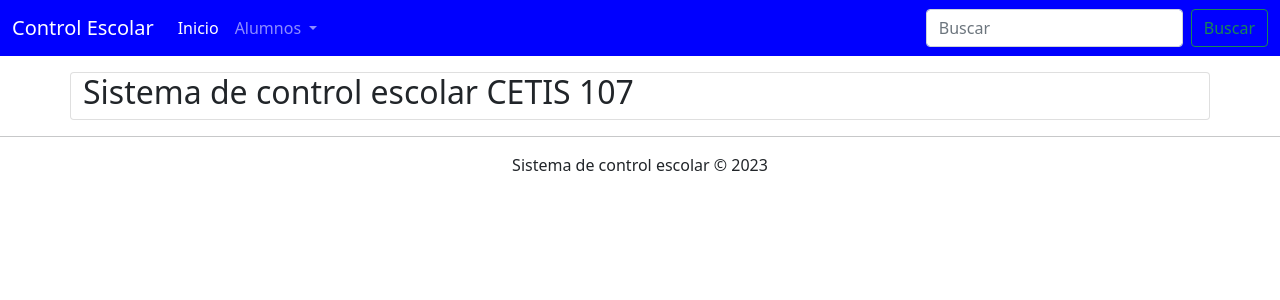
Repository: terrazasjuancarlos/cursoLaravel2-master
Page: resources/views/inicio.blade.php
An editor plug-in stored every save of this project. The page is shown before and after the next save, followed by the edit.
The browser window is 1280 px wide. The pictures show the whole page.
The page is served by the project's Laravel application, run on PHP 8.4 with Laravel 10. The template is opened directly, without the code that normally fills it, so the values that code supplies are empty.

Above is the page before, as saved 2023-10-19 19:07:21.

After the next save:
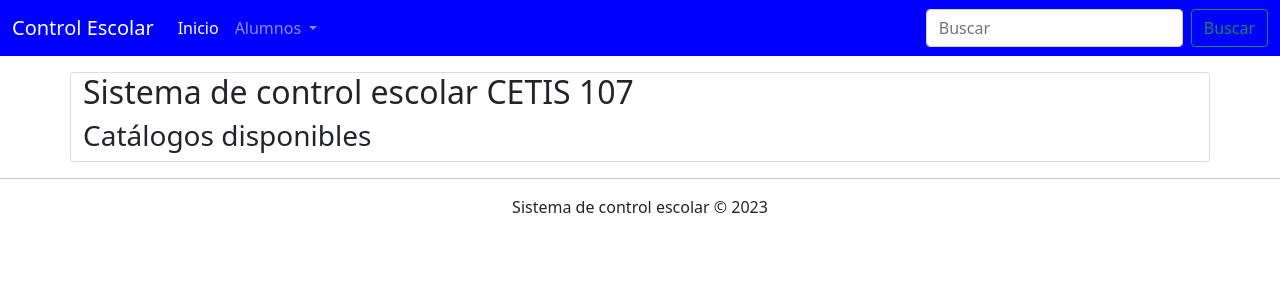
Saved 27 s later.
--- a/resources/views/inicio.blade.php
+++ b/resources/views/inicio.blade.php
@@ -2,5 +2,5 @@
 
 @section('contenido')
     <h2>Sistema de control escolar CETIS 107</h2>
-
+    <h3>Catálogos disponibles</h3>
 @stop
